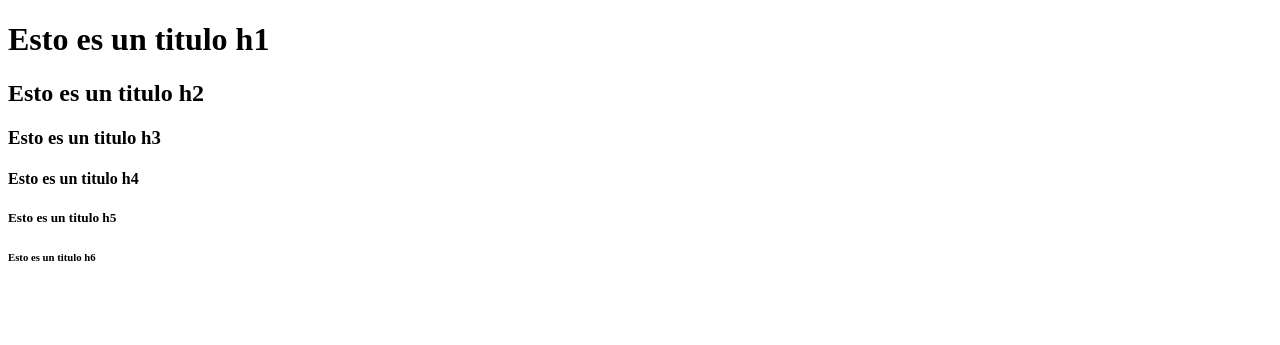
Repository: Kueck/workspace
Page: login-web-app/src/main/webapp/index.html
An editor plug-in stored every save of this project. The page is shown before and after the next save, followed by the edit.
The browser window is 1280 px wide. The pictures show the whole page.

Above is the page before, as saved 2016-06-20 16:16:12.

After the next save:
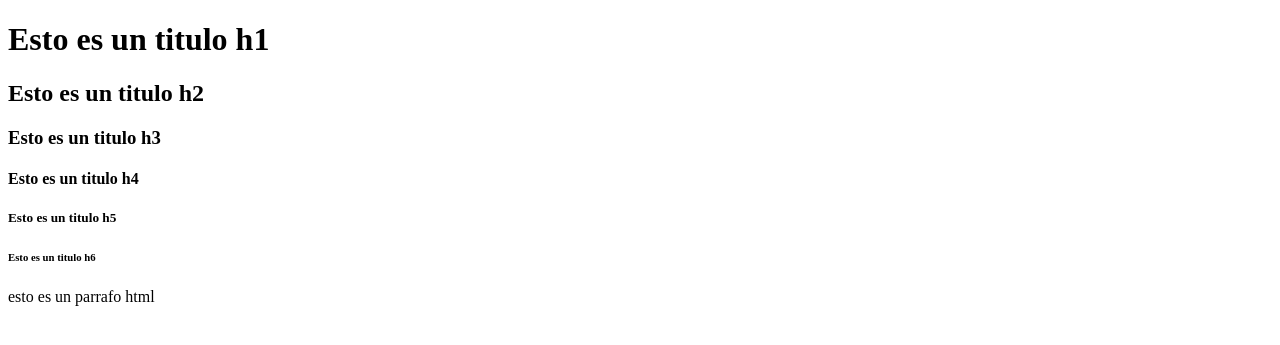
Saved 36 s later.
--- a/login-web-app/src/main/webapp/index.html
+++ b/login-web-app/src/main/webapp/index.html
@@ -12,5 +12,7 @@
 		<h4>Esto es un titulo h4</h4>
 		<h5>Esto es un titulo h5</h5>
 		<h6>Esto es un titulo h6</h6>
+
+		<p> esto es un parrafo html</p>
 	</body>
 </html>
